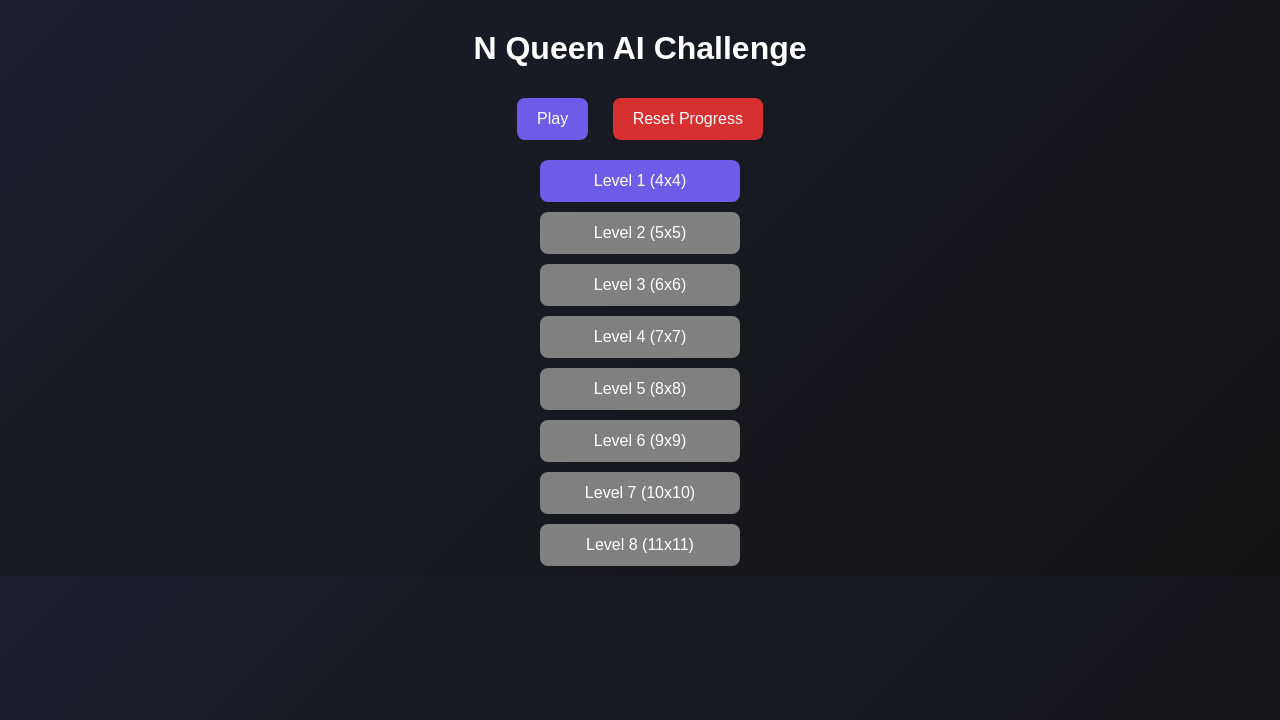
Repository: lissaintech/NQueen
Page: index.html
These files come from the project's save history. The page is drawn as it stood at one moment and after the next save; the edit follows.
The browser window is 1280 px wide. The pictures show the whole page.

Above is the page before, as saved 2026-03-08 19:10:45.

After the next save:
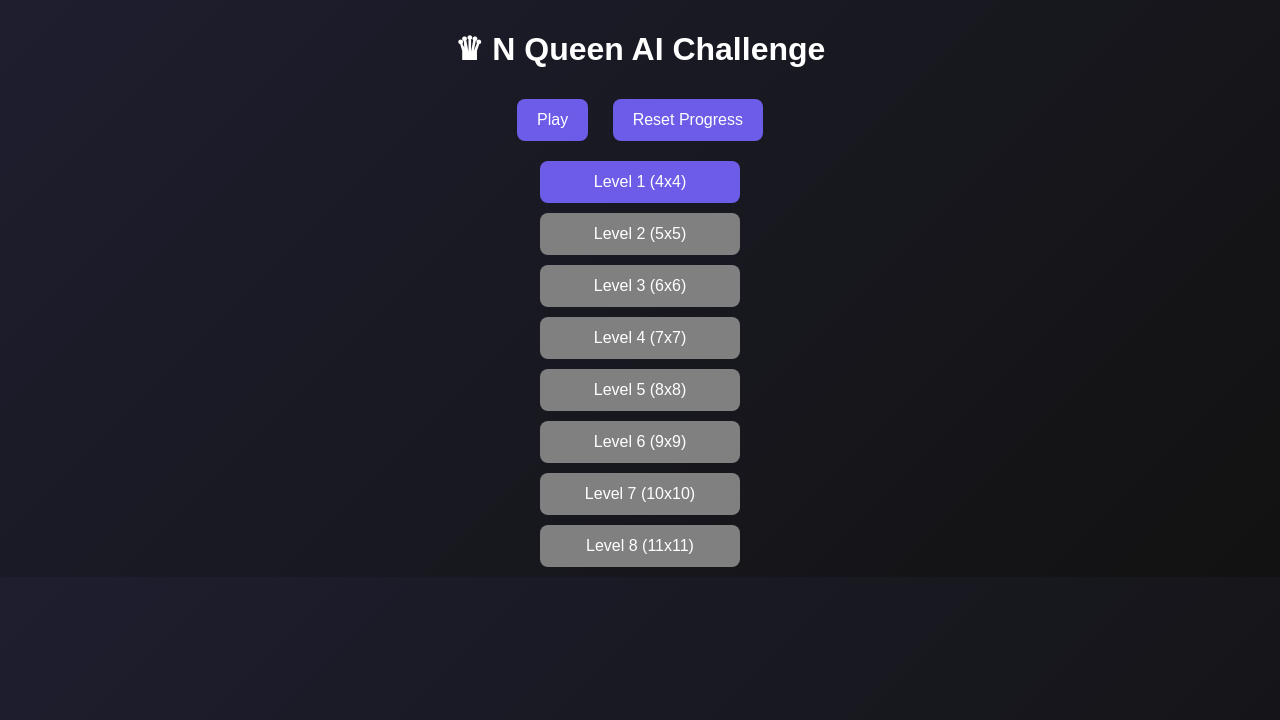
Saved 82 s later.
--- a/index.html
+++ b/index.html
@@ -11,14 +11,19 @@
 
     <div id="homeScreen">
 
-        <h1>N Queen AI Challenge</h1>
+<div class="menuCard">
 
-        <button onclick="startLevel(unlockedLevel)">Play</button>
-        <button class="reset" onclick="resetProgress()">Reset Progress</button>
+<h1 class="gameTitle">♛ N Queen AI Challenge</h1>
 
-        <div id="levels"></div>
+<button class="playBtn" onclick="startLevel(unlockedLevel)">Play</button>
 
-    </div>
+<button class="resetBtn" onclick="resetProgress()">Reset Progress</button>
+
+<div id="levels"></div>
+
+</div>
+
+</div>
 
 
     <div id="gameScreen" style="display:none;">
